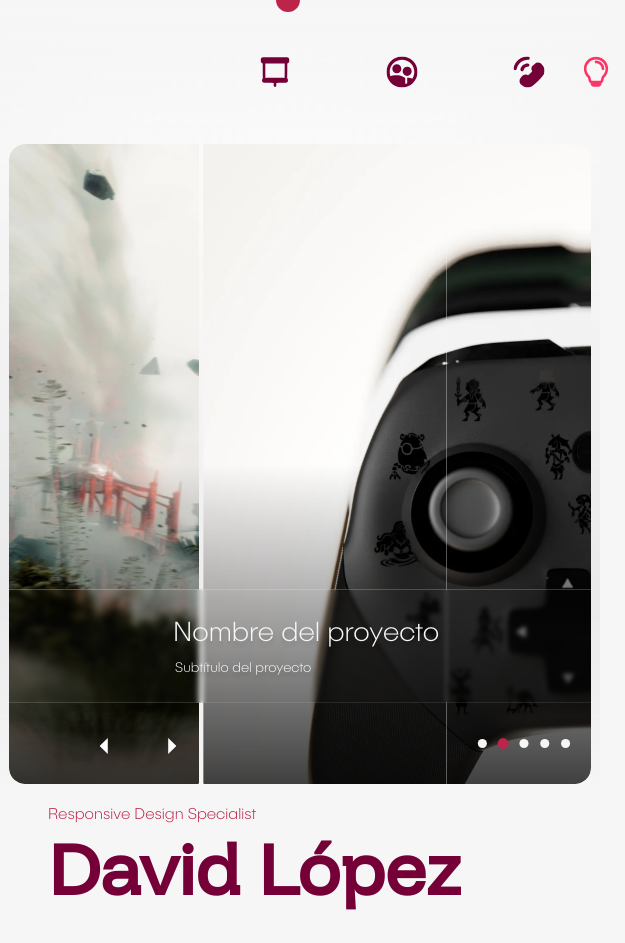
Repository: dalcava/Portafolio
Page: index.html
These files come from the project's save history. The page is drawn as it stood at one moment and after the next save; the edit follows.
The browser window is 600 px wide. The page is 625 px wide, so the pictures cover 625 px, including what lies to the right of the window. The pictures show the whole page.
Some web libraries are served in a nearby version.

Above is the page before, as saved 2025-01-27 23:12:27.

After the next save:
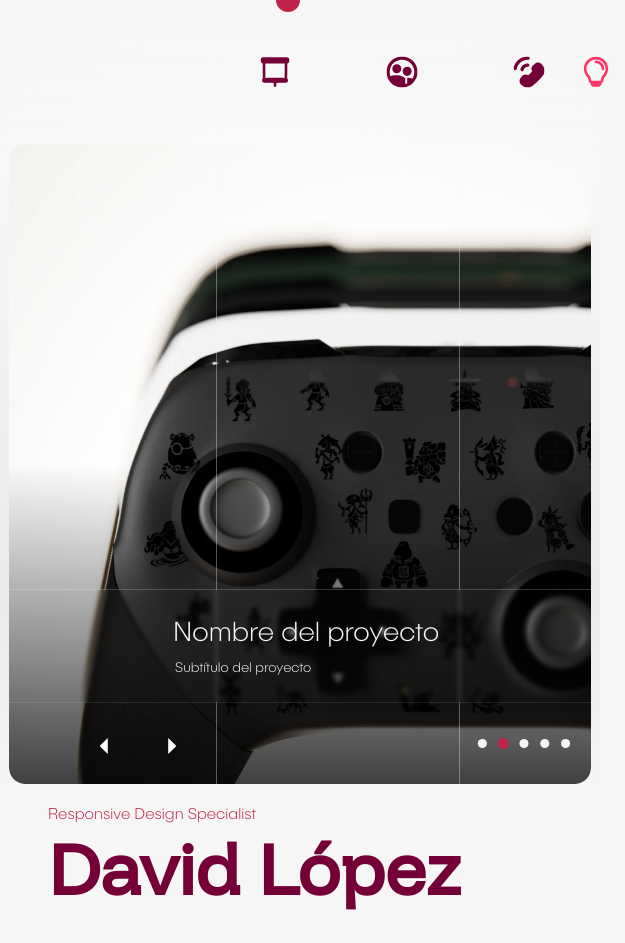
Saved 103 s later.
--- a/style.css
+++ b/style.css
@@ -847,6 +847,9 @@
         width: 97%;
         height: 640px;
     }
+    .image-container {
+        transform: translateX(159px);
+    }
     .title {
         transform: translate(-48%, -220%);
     }
